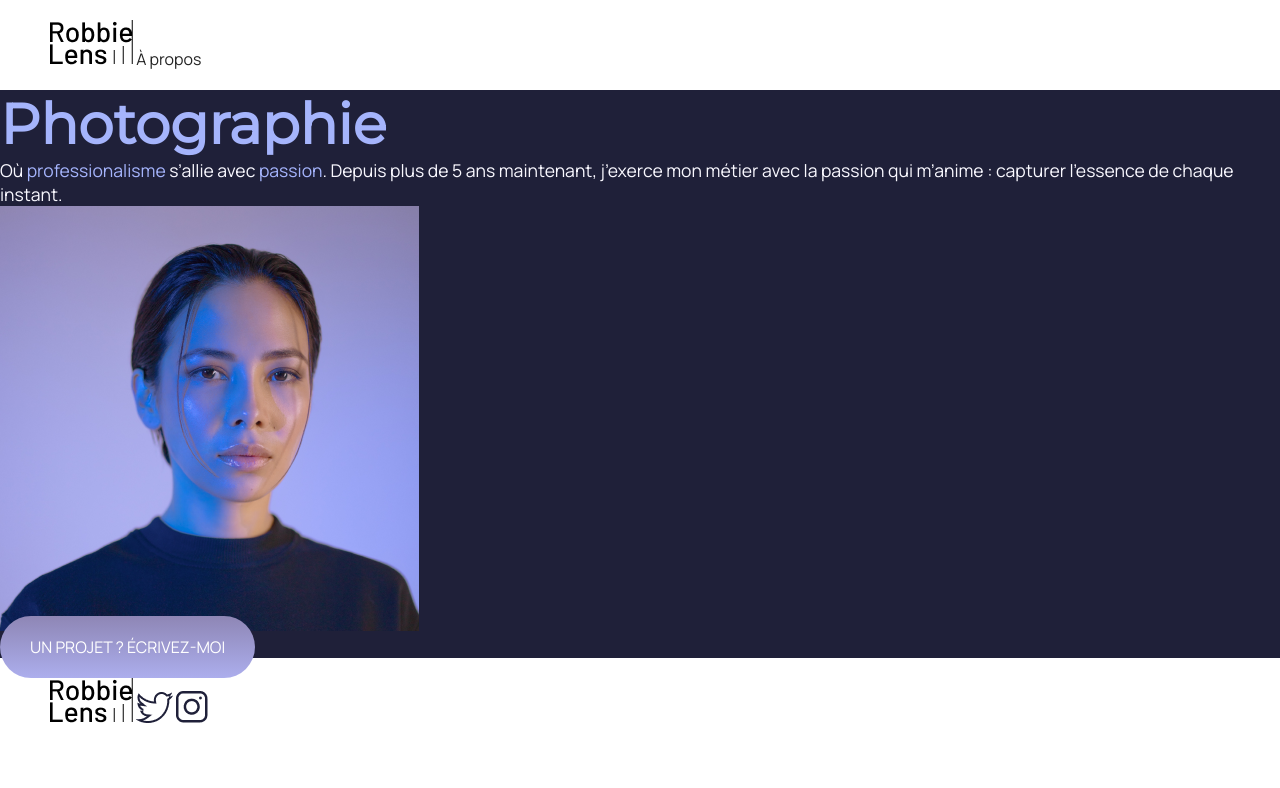
Repository: Coumba25040/coumbaProjet
Page: ExerciceOc/index.html
The author's editor kept a copy of each file at every save. The page is drawn from the files as they stood at one save, then again after the next save.
The browser window is 1280 px wide. The pictures show the whole page.

Above is the page before, as saved 2024-11-02 13:52:57.

### ExerciceOc/index.html
<!DOCTYPE html>
<html lang="fr">

<head>
    <meta charset="utf-8" >
    <title>Accueil - Robbie Lens Photographie</title>
    <link href="style.css" rel="stylesheet" >
    <link rel="preconnect" href="https://fonts.googleapis.com">
    <link rel="preconnect" href="https://fonts.gstatic.com" crossorigin>
    <link href="https://fonts.googleapis.com/css2?family=Manrope&family=Montserrat&display=swap" rel="stylesheet">
</head>

<body>
    <header>
    <div class="entete">

        <nav>
        <img src="images/logo.png" alt="Logo Robbie Lens" >
        <a href="a-propos.html">À propos</a>
    </div>

</nav>
</header>

<main>
    <h1>Photographie</h1>
    <p>
        Où <em>professionalisme</em> s’allie avec <em>passion</em>. Depuis
        plus de 5 ans maintenant, j’exerce mon métier avec la passion
        qui m’anime : capturer l’essence de chaque instant.
    </p>
    <img src="images/robbie-lens.png" alt="Portrait avec effet de la photographe Robbie Lens" >
    <div>
        <a href="" class="cta">UN PROJET ? ÉCRIVEZ-MOI</a>
    </div>

</main>

<footer>
    <div class="pied-de-page">

        <nav>
        <img src="images/logo.png" alt="Logo Robbie Lens" >
        <a target="_blank" href="https://twitter.com/" class="lien-icone">
            <img src="images/twitter.png" alt="Logo Twitter" >
        </a>
        <a target="_blank" href="https://www.instagram.com/" class="lien-icone">
            <img src="images/instagram.png" alt="Logo Instagram" >
        </a>

    </nav>

    </div>
    <footer>


</body>

</html>

### ExerciceOc/style.css
* {
    margin: 0;
  }

  body {
    font-family: 'Manrope', sans-serif;
    font-size: 1em;
    background-color: #1f2039;
  }

  a {
    color: #242424;
    text-decoration: none;
  }

  em {
    color: #a5b4fc;
    font-style: normal;
  }

  h1 {
    font-size: 3.5em;
    color: #a5b4fc;
    font-family: 'Montserrat', sans-serif;
  }

  h2 {
    color: #f9f8ff;
  }

  p,
  li {
    font-size: 1.1em;
    color: #f9f8ff;
  }

  header,
  footer {
    background-color: white;
    padding: 20px 50px;
  }

  .cta {
    background: linear-gradient(#8e86b5, #acaeed);
    color: white;
    border-radius: 50px;
    padding: 20px 30px;
  }

  a:hover {
    text-decoration: underline;
  }

  .cta:hover {
    background: linear-gradient(#696484, #8788ba);
    text-decoration: none;
  }

  .lien-icone:hover {
    opacity: 0.5;
  }

  .carre-contenu {
    border-right: 1px solid #8e86b5;
    border-bottom: 1px solid #8e86b5;
    padding: 50px;
  }

  .carre-contenu h2 {
    margin-top: 30px;
  }

  .carre-contenu ul {
    margin-top: 30px;
  }

  section {
    padding: 80px;
  }

  .a-propos-main {
    width: 50%;
    margin: auto;
  }

After the next save:
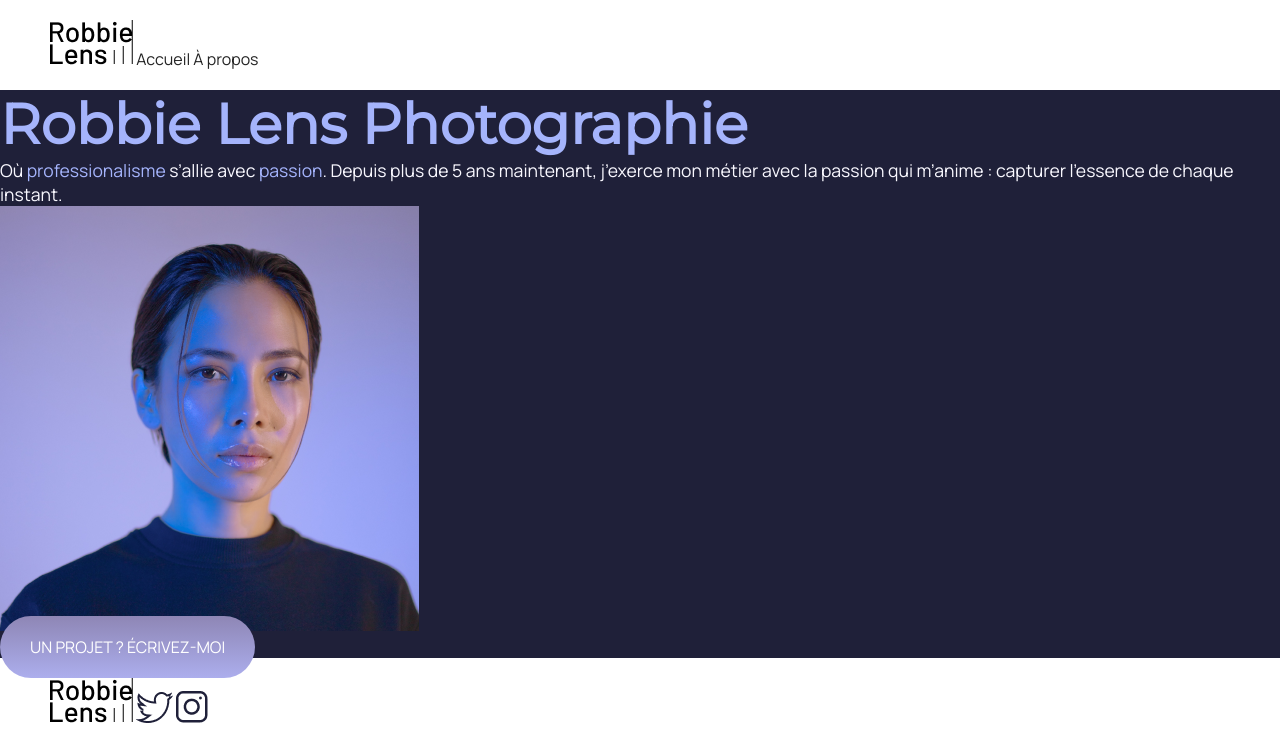
Saved 26 min 55 s later.
--- a/ExerciceOc/index.html
+++ b/ExerciceOc/index.html
@@ -12,34 +12,25 @@
 
 <body>
     <header>
-    <div class="entete">
-
         <nav>
-        <img src="images/logo.png" alt="Logo Robbie Lens" >
-        <a href="a-propos.html">À propos</a>
-    </div>
-
-</nav>
-</header>
-
-<main>
-    <h1>Photographie</h1>
-    <p>
-        Où <em>professionalisme</em> s’allie avec <em>passion</em>. Depuis
-        plus de 5 ans maintenant, j’exerce mon métier avec la passion
-        qui m’anime : capturer l’essence de chaque instant.
-    </p>
-    <img src="images/robbie-lens.png" alt="Portrait avec effet de la photographe Robbie Lens" >
-    <div>
-        <a href="" class="cta">UN PROJET ? ÉCRIVEZ-MOI</a>
-    </div>
-
-</main>
-
-<footer>
-    <div class="pied-de-page">
-
-        <nav>
+            <img src="images/logo.png" alt="Logo Robbie Lens" >
+            <a href="index.html">Accueil</a>
+            <a href="a-propos.html">À propos</a>
+        </nav>
+    </header>
+    <main>
+        <h1>Robbie Lens Photographie</h1>
+        <p>
+            Où <em>professionalisme</em> s’allie avec <em>passion</em>. Depuis
+            plus de 5 ans maintenant, j’exerce mon métier avec la passion
+            qui m’anime : capturer l’essence de chaque instant.
+        </p>
+        <img src="images/robbie-lens.png" alt="Portrait avec effet de la photographe Robbie Lens" >
+        <div>
+            <a href="" class="cta">UN PROJET ? ÉCRIVEZ-MOI</a>
+        </div>
+    </main>
+    <footer>
         <img src="images/logo.png" alt="Logo Robbie Lens" >
         <a target="_blank" href="https://twitter.com/" class="lien-icone">
             <img src="images/twitter.png" alt="Logo Twitter" >
@@ -47,13 +38,7 @@
         <a target="_blank" href="https://www.instagram.com/" class="lien-icone">
             <img src="images/instagram.png" alt="Logo Instagram" >
         </a>
-
-    </nav>
-
-    </div>
-    <footer>
-
-
+    </footer>
 </body>
 
 </html>
